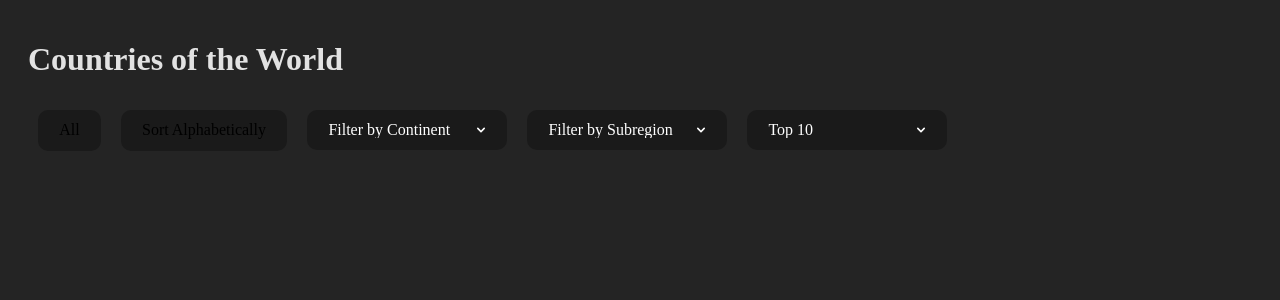
Repository: SandyLy453/comp-lab10
Page: /
The author's editor kept a copy of each file at every save. The page is drawn from the files as they stood at one save, then again after the next save.
The browser window is 1280 px wide. The pictures show the whole page.
The page's requests for data from a server got no answer. The project was rebuilt for these pictures with package versions that can differ from the ones it lists, and the page was loaded fresh each time. No one was signed in, and anything a server would have sent is missing. Also part of the build but not shown: vite.config.js, src/components/Contry.jsx.

Above is the page before, as saved 2024-11-14 23:34:10.

### src/index.css
:root {
  font-family: "Poppins";
  font-weight: 400;

  color-scheme: light dark;
  color: rgba(255, 255, 255, 0.87);
  background-color: #242424;

  font-synthesis: none;
  text-rendering: optimizeLegibility;
  -webkit-font-smoothing: antialiased;
  -moz-osx-font-smoothing: grayscale;
  padding: 20px;
}

button{
  border-radius: 10px;
  border: 2px solid transparent;
  padding: 0.6em 1.2em;
  font-size: 16px;
  font-weight: 500;
  font-family: inherit;
  background-color: #1a1a1a;
  cursor: pointer;
  transition: border-color 0.25s;
  margin: 10px;
}

button:hover,
select:hover,
select:focus {
  border-color: #79ff64;
  outline: none;
}

button:focus,
button:focus-visible {
  border-color: #79ff64;
  background-color: #a2fe93;
  color: #242424;
}

select {
  max-height: 400px;
  overflow-y: auto;
  appearance: none;
  -webkit-appearance: none; /* For Safari */
  -moz-appearance: none; /* For Firefox */
  border: 2px solid transparent;
  border-radius: 10px;
  padding: 0.6em 1.2em;
  background-color: #1a1a1a;
  color: #fff;
  cursor: pointer;
  font-size: 1em;
  font-family: inherit;
  margin: 10px;
  min-width: 200px;
}

/* Custom arrow */
select {
  background-image: url("data:[embedded picture, 277 characters]");
  background-repeat: no-repeat;
  background-position: right 1em center;
  background-size: 1em;
  padding-right: 2em;
}

/* card styling */

.cardBox {
  display: flex;
  flex-direction: row;
  flex-wrap: wrap;
  justify-content: center;
  align-items: center;
}

.cardContainer {
  padding: 20px;
  border: 1px solid #79ff64;
  border-radius: 20px;
  margin: 10px 20px 10px 20px;
  width: fit-content;
  height: 540px;
}

.cardPhoto {
  width: 400px;
  height: 250px;
  border-radius: 10px;
}

.cardTitle {
  font-size: 24px;
  margin-bottom: 0;
  padding-bottom: 5px;
}

.breaker {
  width: 400px;
  margin: 0 auto 5px auto;
  color: #79ff64;
  background-color: #79ff64;
  border: 1px solid #79ff64;
}

.cardInfo {
  padding-left: 10px;
}

### src/App.jsx
import { useState, useEffect } from 'react'
import Countries from './components/Contries'

function App() {
  const [countries, setCountries] = useState([]);
  const [filteredCountries, setFilteredCountries] = useState([]);
  const [filter, setFilter] = useState({ continent: "", subregion: "" });

  const uniqueContinents = [
    ...new Set(countries.map((country) => country.continents?.[0])),
  ].filter(Boolean); // Remove undefined values

  const uniqueSubregions = [
    ...new Set(countries.map((country) => country.subregion)),
  ].filter(Boolean); // Remove undefined values

  useEffect(() => {
    // Fetch data from the Rest Countries API
    const fetchData = async () => {
      const response = await fetch("https://restcountries.com/v3.1/all");
      const data = await response.json();
      setCountries(data);
      setFilteredCountries(data); // Initialize with all countries
    };

    fetchData();
  }, []);

  const handleFilter = (type, value) => {
    let updatedCountries = [...countries];

    if (type === "all") {
      setFilter({ continent: "", subregion: "" });
      setFilteredCountries(countries); // Reset to all countries
      return;
    }

    if (type === "continent") {
      setFilter({ ...filter, continent: value, subregion: "" });
      updatedCountries = updatedCountries.filter(
        (country) => country.continents[0] === value
      );
    } else if (type === "subregion") {
      setFilter({ ...filter, continent: "", subregion: value });
      updatedCountries = updatedCountries.filter(
        (country) => country.subregion === value
      );
    }

    setFilteredCountries(updatedCountries);
  };

  const handleTop10 = (criteria) => {
    if (!criteria) {
      setFilteredCountries(countries); // Reset if no selection
      return;
    }
    const sortedCountries = [...filteredCountries].sort((a, b) =>
      criteria === "population"
        ? b.population - a.population
        : b.area - a.area
    );
    setFilteredCountries(sortedCountries.slice(0, 10)); // Limit to top 10
  };

  const handleSort = () => {
    const sortedCountries = [...filteredCountries].sort((a, b) =>
      a.name.common.localeCompare(b.name.common)
    );
    setFilteredCountries(sortedCountries);
  };

  return (
    <>
      <div className="container">
        <h1>Countries of the World</h1>
        <div>
          <button onClick={() => handleFilter("all", "")}>All</button>
          <button onClick={handleSort}>Sort Alphabetically</button>
          <select
          value={filter.continent}
          onChange={(e) => handleFilter("continent", e.target.value)}
          >
          <option value="">Filter by Continent</option>
          {uniqueContinents.map((continent, index) => (
            <option key={index} value={continent}>
              {continent}
            </option>
          ))}
          </select>
          <select
            value={filter.subregion}
            onChange={(e) => handleFilter("subregion", e.target.value)}
          >
            <option value="">Filter by Subregion</option>
            {uniqueSubregions.map((subregion, index) => (
              <option key={index} value={subregion}>
                {subregion}
              </option>
            ))}
          </select>

          <select onChange={(e) => handleTop10(e.target.value)}>
            <option value="">Top 10</option>
            <option value="population">Top 10 by Population</option>
            <option value="area">Top 10 by Area</option>
          </select>
        </div>
        <Countries countries={filteredCountries} />
      </div>
    </>
  )
}

export default App

### src/components/Contries.jsx
import React from "react";
import Country from "./Contry";

export default function Countries ({ countries }) {
  return (
    <div className="cardBox">
      {countries.map((country, index) => (
        <Country key={index} country={country} />
      ))}
    </div>
  );
};

Loaded but not shown: index.html (common file); src/main.jsx (common file)

After the next save:
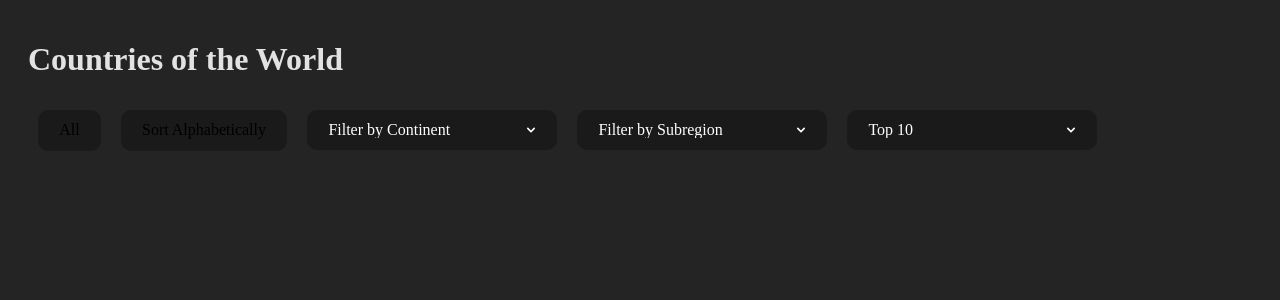
Saved 5 s later.
--- a/src/index.css
+++ b/src/index.css
@@ -55,7 +55,7 @@ select {
   font-size: 1em;
   font-family: inherit;
   margin: 10px;
-  min-width: 200px;
+  min-width: 250px;
 }
 
 /* Custom arrow */
